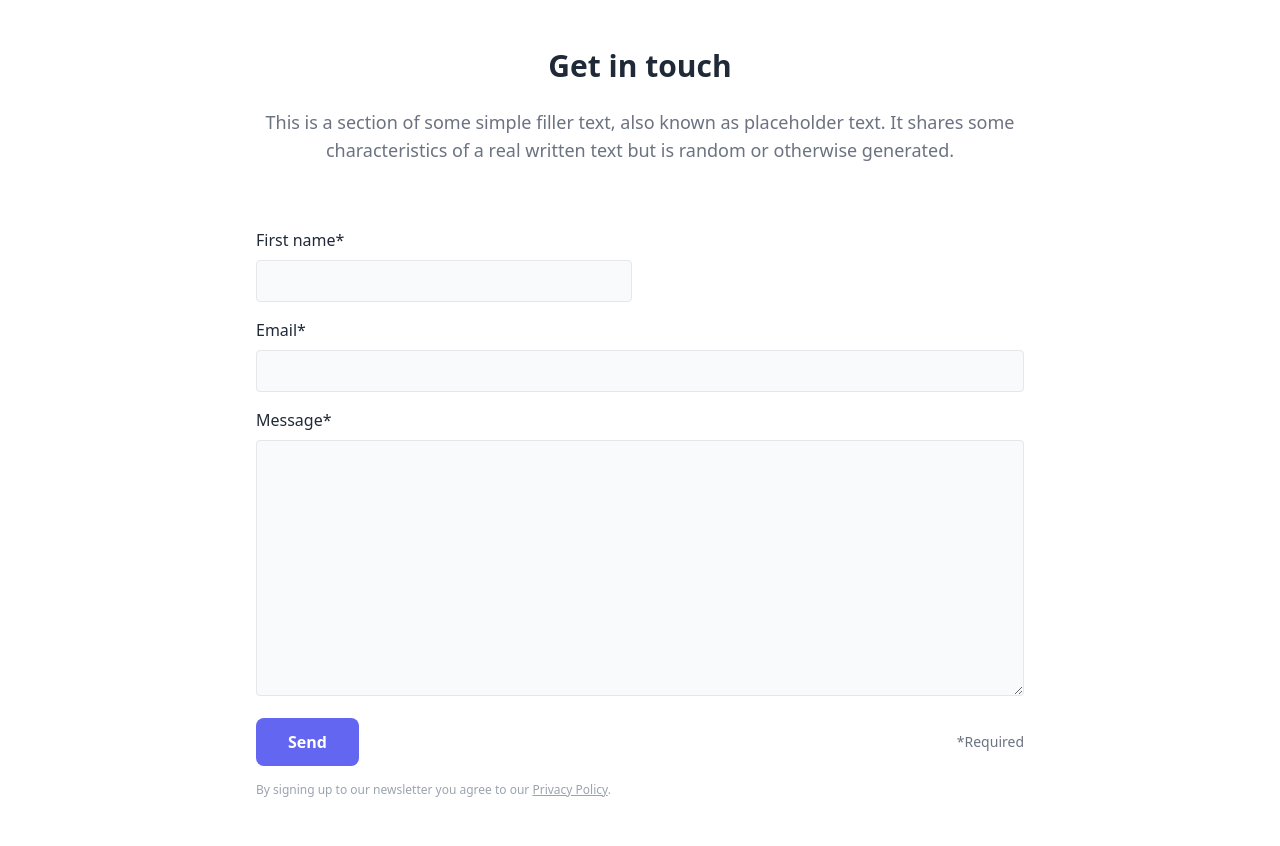
Repository: kushagrasaxena061/blogging-medium
Page: /signup (app in frontend/)
The author's editor kept a copy of each file at every save. The page is drawn from the files as they stood at one save, then again after the next save.
The browser window is 1280 px wide. The pictures show the whole page.
The project was rebuilt for these pictures with package versions that can differ from the ones it lists, and the page was loaded fresh each time. Also part of the build but not shown: frontend/vite.config.ts, frontend/src/pages/Signin.tsx, frontend/src/pages/Blog.tsx.

Above is the page before, as saved 2024-04-16 22:42:06.

### frontend/src/App.tsx
import { BrowserRouter, Route, Routes } from "react-router-dom";
import { Signup } from "./pages/Signup";
import { Signin } from "./pages/Signin";
import { Blog } from "./pages/Blog";

function App() {
  return (
    <>
      <BrowserRouter>
        <Routes>
          <Route path="/signup" element={<Signup />} />
          <Route path="/signin" element={<Signin />} />
          <Route path="/blog/:id" element={<Blog />} />
        </Routes>
      </BrowserRouter>
    </>
  );
}

export default App;

### frontend/src/pages/Signup.tsx
export const Signup = () => {
  return (
    <div>
      <div className="bg-white py-6 sm:py-8 lg:py-12">
        <div className="mx-auto max-w-screen-2xl px-4 md:px-8">
          <div className="mb-10 md:mb-16">
            <h2 className="mb-4 text-center text-2xl font-bold text-gray-800 md:mb-6 lg:text-3xl">
              Get in touch
            </h2>

            <p className="mx-auto max-w-screen-md text-center text-gray-500 md:text-lg">
              This is a section of some simple filler text, also known as
              placeholder text. It shares some characteristics of a real written
              text but is random or otherwise generated.
            </p>
          </div>

          <form className="mx-auto grid max-w-screen-md gap-4 sm:grid-cols-2">
            <div>
              <label
                htmlFor="first-name"
                className="mb-2 inline-block text-sm text-gray-800 sm:text-base"
              >
                First name*
              </label>
              <input
                name="first-name"
                className="w-full rounded border bg-gray-50 px-3 py-2 text-gray-800 outline-none ring-indigo-300 transition duration-100 focus:ring"
              />
            </div>

            <div className="sm:col-span-2">
              <label
                htmlFor="email"
                className="mb-2 inline-block text-sm text-gray-800 sm:text-base"
              >
                Email*
              </label>
              <input
                name="email"
                className="w-full rounded border bg-gray-50 px-3 py-2 text-gray-800 outline-none ring-indigo-300 transition duration-100 focus:ring"
              />
            </div>

            <div className="sm:col-span-2">
              <label
                htmlFor="message"
                className="mb-2 inline-block text-sm text-gray-800 sm:text-base"
              >
                Message*
              </label>
              <textarea
                name="message"
                className="h-64 w-full rounded border bg-gray-50 px-3 py-2 text-gray-800 outline-none ring-indigo-300 transition duration-100 focus:ring"
              ></textarea>
            </div>

            <div className="flex items-center justify-between sm:col-span-2">
              <button className="inline-block rounded-lg bg-indigo-500 px-8 py-3 text-center text-sm font-semibold text-white outline-none ring-indigo-300 transition duration-100 hover:bg-indigo-600 focus-visible:ring active:bg-indigo-700 md:text-base">
                Send
              </button>

              <span className="text-sm text-gray-500">*Required</span>
            </div>

            <p className="text-xs text-gray-400">
              By signing up to our newsletter you agree to our{" "}
              <a
                href="#"
                className="underline transition duration-100 hover:text-indigo-500 active:text-indigo-600"
              >
                Privacy Policy
              </a>
              .
            </p>
          </form>
        </div>
      </div>
    </div>
  );
};

Loaded but not shown: frontend/index.html (common file); frontend/src/main.tsx (common file); frontend/src/index.css (common file); frontend/tailwind.config.js (common file)

After the next save:
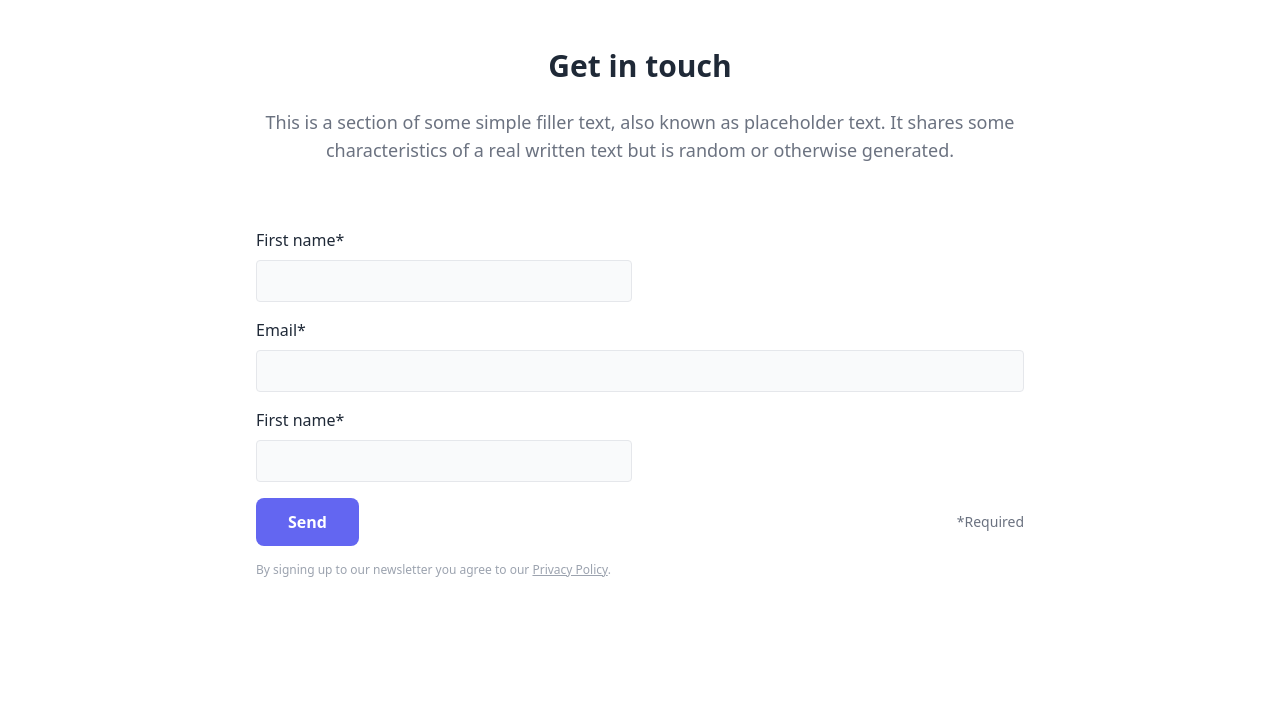
Saved 22 s later.
--- a/frontend/src/pages/Signup.tsx
+++ b/frontend/src/pages/Signup.tsx
@@ -42,17 +42,17 @@ export const Signup = () => {
               />
             </div>
 
-            <div className="sm:col-span-2">
+            <div>
               <label
-                htmlFor="message"
+                htmlFor="first-name"
                 className="mb-2 inline-block text-sm text-gray-800 sm:text-base"
               >
-                Message*
+                First name*
               </label>
-              <textarea
-                name="message"
-                className="h-64 w-full rounded border bg-gray-50 px-3 py-2 text-gray-800 outline-none ring-indigo-300 transition duration-100 focus:ring"
-              ></textarea>
+              <input
+                name="first-name"
+                className="w-full rounded border bg-gray-50 px-3 py-2 text-gray-800 outline-none ring-indigo-300 transition duration-100 focus:ring"
+              />
             </div>
 
             <div className="flex items-center justify-between sm:col-span-2">
